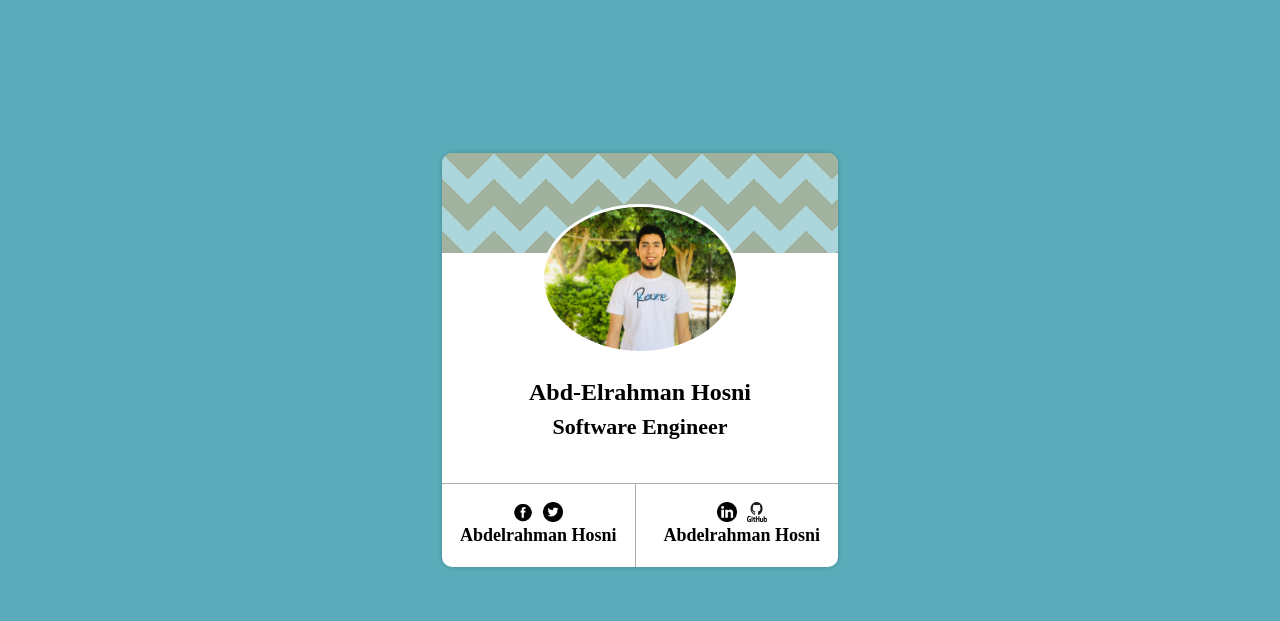
Repository: Abdo-Hosni123/Html-and-css-projects
Page: index.html
An editor plug-in stored every save of this project. The page is shown before and after the next save, followed by the edit.
The browser window is 1280 px wide. The pictures show the whole page.

Above is the page before, as saved 2023-12-06 01:16:42.

### index.html
<!doctype html>
<html lang="en">
  <head>
    <meta charset="UTF-8" />
    <meta name="viewport" content="width=device-width, initial-scale=1.0" />
    <title>Abd-Elrahman Honsi's profile component</title>
    <link rel="stylesheet" href="Style.css" />
  </head>
  <body>
    <div class="container">
      <article class="card">
        <div class="top"></div>
        <div class="middle">
          <img
            src="./assets/mypicture.jpg"
            alt="picture of Abdelrahman Hosni"
            class="card-img"
          />
          <h1 class="middle-title">Abd-Elrahman Hosni</h1>
          <h2 class="middle-des">Software Engineer</h2>
        </div>

            <div class="bottom">
                <div class="colum">
                    <div class="icons">
                        <a href="https://www.facebook.com/profile.php?id=100086974531004">
                            <img class="icon" src="/assets/facebook.png" alt="picture of facebook" />
                        </a>
                        <a href="your_twitter_link_here">
                            <img class="icon" src="/assets/twitter.png" alt="picture of twitter" />
                        </a>
                    </div>
                    <h3 class="username">Abdelrahman Hosni</h3>
                </div>
                <div class="colum">
                    <div class="icons">
                        <a href="https://www.linkedin.com/in/abdelrahman-hosni/">
                            <img class="icon" src="/assets/linkedin.png" alt="picture of linkedin " />
                        </a>
                        <a href="your_github_link_here">
                            <img class="icon" src="/assets/github_PNG20-1.png" alt="picture of github " />
                        </a>
                    </div>
                    <h3 class="username">Abdelrahman Hosni</h3>
                </div>
            </div>
        </article>
    </div>
</body>
</html>

      </article>
    </div>
  </body>
</html>

### Style.css
*,
*::before,
*::after {
  box-sizing: border-box;
}
* {
  margin: 0;
}
body {
  line-height: 1.5;
  -webkit-font-smoothing: antialiased;
}

img,
picture,
video,
canvas,
svg {
  display: block;
  max-width: 100%;
}

input,
button,
textarea,
select {
  font: inherit;
}

p,
h1,
h2,
h3,
h4,
h5,
h6 {
  overflow-wrap: break-word;
}

#root,
#__next {
  isolation: isolate;
}
.container {
  display: flex;
  align-items: center;
  justify-content: center;
  min-height: 100vh;
  background-color: #5bacba;
}
.card {
  display: flex;
  flex-direction: column;
  min-width: 350px;
  border-radius: 10px;
  overflow: hidden;
  background-color: white;
  box-shadow: 0 0 5px rgb(0, 0, 0, 0.2);
}
.top {
  height: 100px;
  background-color: #e5e5f7;
  opacity: 0.8;

  background-color: #5bacba;
  opacity: 0.5;
  background-image: linear-gradient(135deg, #446740 25%, transparent 25%),
    linear-gradient(225deg, #446740 25%, transparent 25%),
    linear-gradient(45deg, #446740 25%, transparent 25%),
    linear-gradient(315deg, #446740 25%, #5bacba 25%);
  background-position:
    26px 0,
    26px 0,
    0 0,
    0 0;
  background-size: 52px 52px;
  background-repeat: repeat;
  z-index: 1;
}
.middle {
  display: flex;
  flex-direction: column;
  justify-content: center;
  align-items: center;

  height: 200px;
}

.card-img {
  margin-top: -60px;
  border-radius: 50%;
  border: 3px solid white;
  height: 150px;
  z-index: 2;
  margin-bottom: 20px;
}
.middle-des {
  font-size: 22px;
}
.bottom {
  display: flex;
  gap: 10px;
  margin-top: 30px;
  border-top: 1px solid rgb(174, 172, 172);
  flex: 1;
}
.colum {
  padding: 18px;
  flex: 1;
}
.colum:nth-child(1) {
  border-right: 1px solid rgb(174, 172, 172);
}
.icons {
  display: flex;
  align-items: center;
  justify-content: center;
  gap: 10px;
}
.icon {
  height: 20px;
  width: 20px;
}
.username {
  font-size: 18px;
}

After the next save:
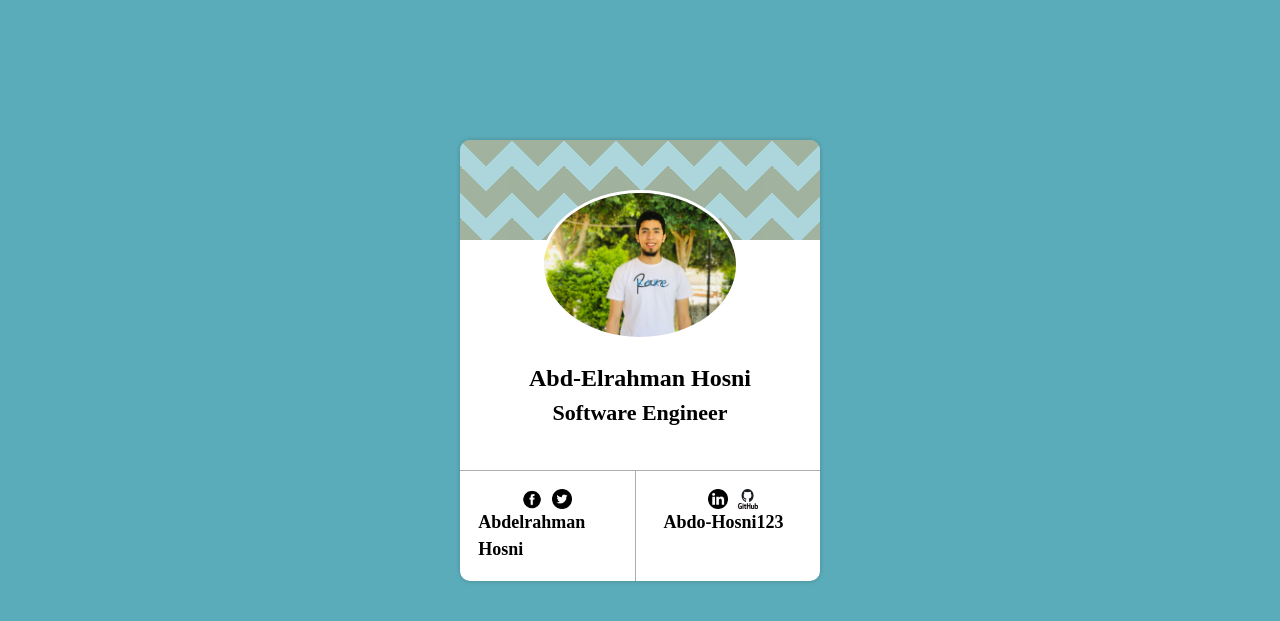
Saved 106 s later.
--- a/index.html
+++ b/index.html
@@ -37,11 +37,11 @@
                         <a href="https://www.linkedin.com/in/abdelrahman-hosni/">
                             <img class="icon" src="/assets/linkedin.png" alt="picture of linkedin " />
                         </a>
-                        <a href="your_github_link_here">
+                        <a href="https://github.com/Abdo-Hosni123">
                             <img class="icon" src="/assets/github_PNG20-1.png" alt="picture of github " />
                         </a>
                     </div>
-                    <h3 class="username">Abdelrahman Hosni</h3>
+                    <h3 class="username">Abdo-Hosni123</h3>
                 </div>
             </div>
         </article>
